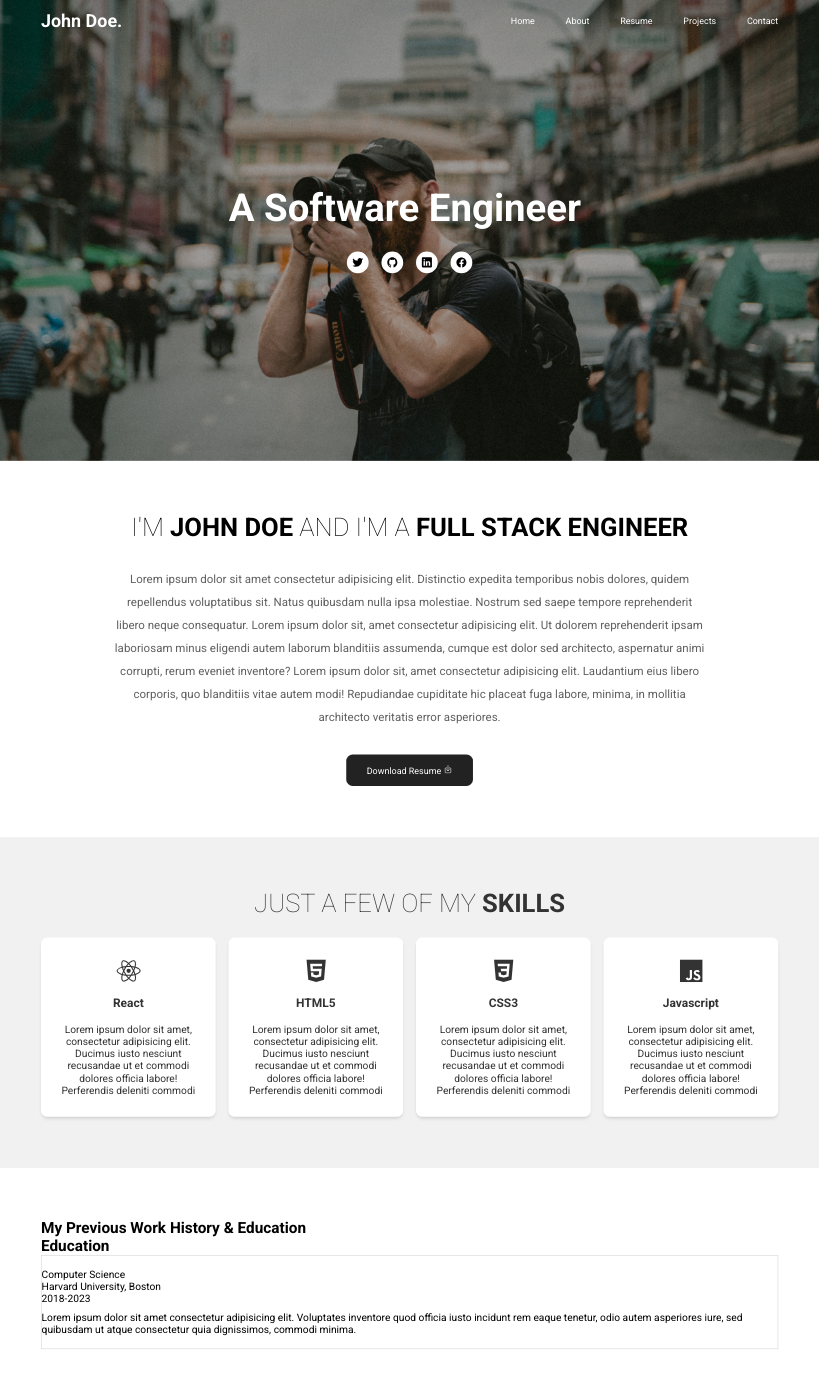
Repository: DevAntonioRogers/portfolio-tutorial
Page: index.html
These files come from the project's save history. The page is drawn as it stood at one moment and after the next save; the edit follows.
The browser window is 1280 px wide. The pictures show the whole page, at 64% of full size.
Backgrounds fixed to the window are drawn as part of the page.

Above is the page before, as saved 2023-11-01 07:18:58.

After the next save:
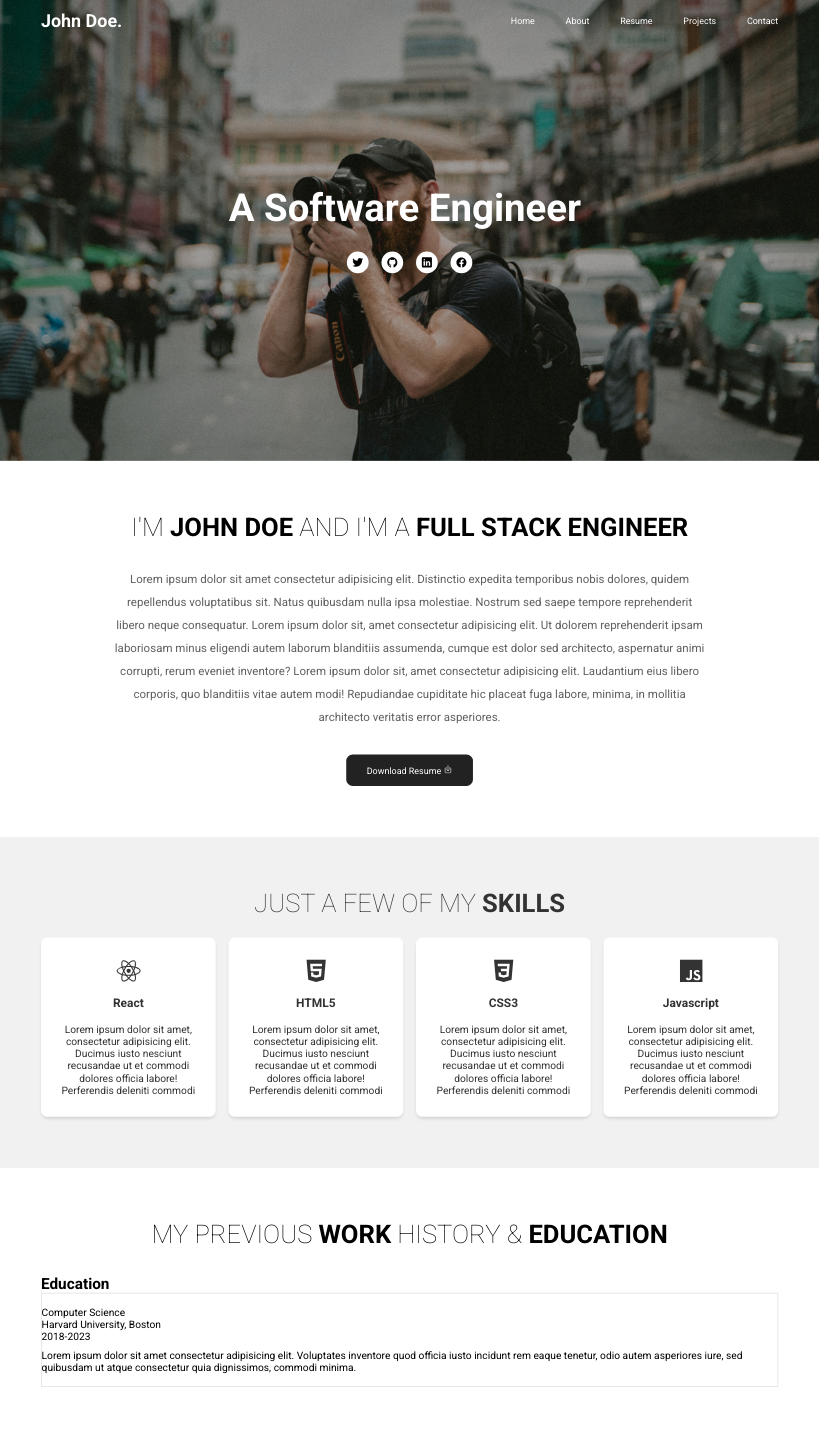
Saved 28 s later.
--- a/styles/resume.css
+++ b/styles/resume.css
@@ -1,3 +1,11 @@
 .resume {
   padding: 5rem 0;
 }
+
+.resume h1 {
+  font-weight: 100;
+  font-size: 40px;
+  text-transform: uppercase;
+  margin-bottom: 40px;
+  text-align: center;
+}
